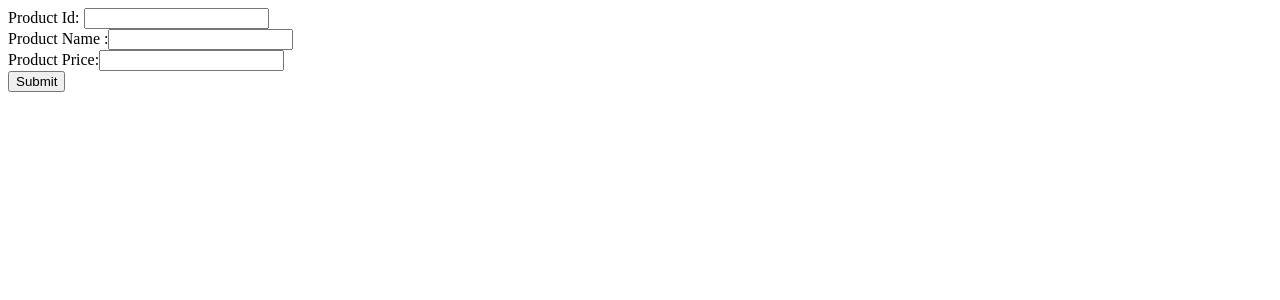
Repository: SakshiTiwari28/Java-Assignment
Page: RestFul/TrivagoHotel/WebContent/addProduct.html
An editor plug-in stored every save of this project. The page is shown before and after the next save, followed by the edit.
The browser window is 1280 px wide. The pictures show the whole page.

Above is the page before, as saved 2019-07-25 19:47:39.

### RestFul/TrivagoHotel/WebContent/addProduct.html
<!DOCTYPE html>
<html>
<head>
<meta charset="ISO-8859-1">
<title>Insert title here</title>
</head>
<body>
<form method="post" >
Product Id:   <input type="number" name="id"><br>
Product Name :<input type="text" name="productName"><br>
Product Price:<input type="number" name="price"><br>
<input type="submit" name="submit">
</form>

</body>
</html>

After the next save:
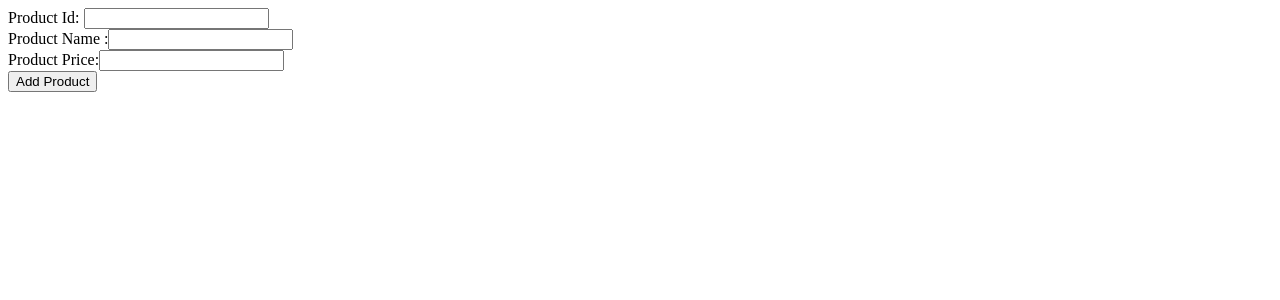
Saved 65 s later.
--- a/RestFul/TrivagoHotel/WebContent/addProduct.html
+++ b/RestFul/TrivagoHotel/WebContent/addProduct.html
@@ -5,11 +5,11 @@
 <title>Insert title here</title>
 </head>
 <body>
-<form method="post" >
+<form method="post"  action="/productAddService/">
 Product Id:   <input type="number" name="id"><br>
 Product Name :<input type="text" name="productName"><br>
 Product Price:<input type="number" name="price"><br>
-<input type="submit" name="submit">
+<input type="submit" name="submit" value="Add Product">
 </form>
 
 </body>
